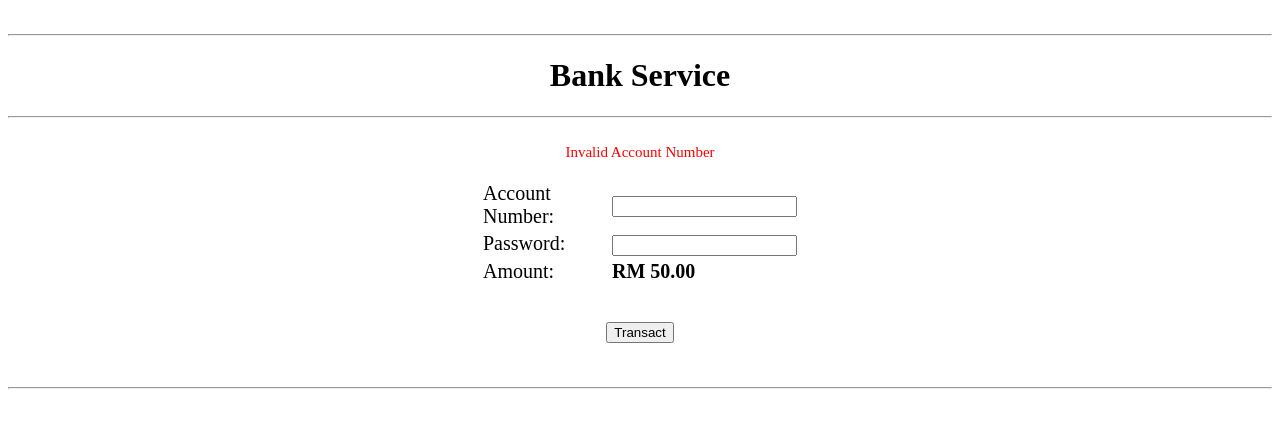
Repository: Jeck97/Mcdonald-Delivery-System
Page: http://localhost/McDelivery/bankService/transactionForm.jsp
An editor plug-in stored every save of this project. The page is shown before and after the next save, followed by the edit.
The browser window is 1280 px wide. The pictures show the whole page.
The page is served by Tomcat 9.

Above is the page before, as saved 2020-07-12 18:15:17.

After the next save:
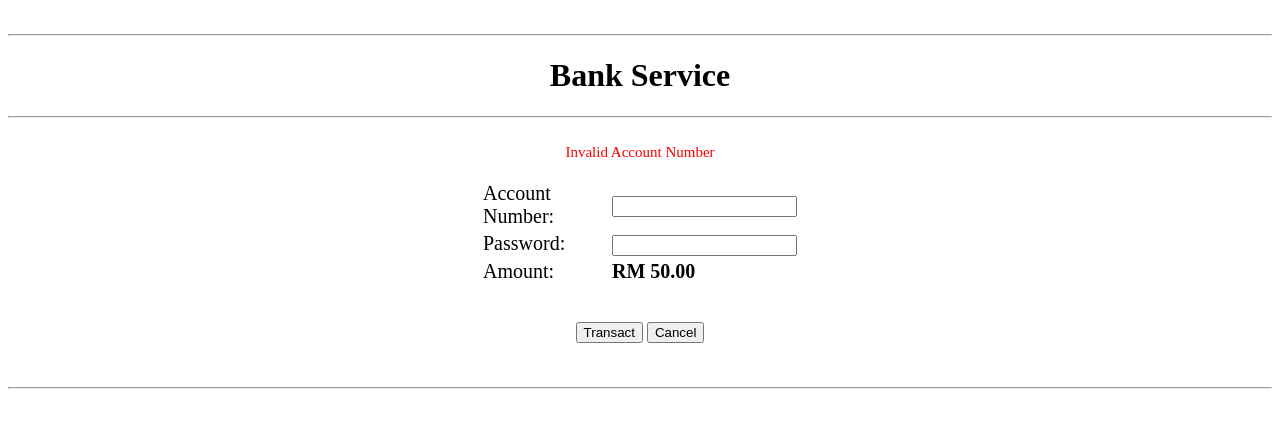
Saved 84 s later.
--- a/McDelivery/WebContent/bankService/transactionForm.jsp
+++ b/McDelivery/WebContent/bankService/transactionForm.jsp
@@ -43,6 +43,7 @@
 
 		<div style="text-align: center;">
 			<input type="submit" value="Transact">
+			<a href="#"><button type="button">Cancel</button></a>
 		</div>
 
 	</form>
